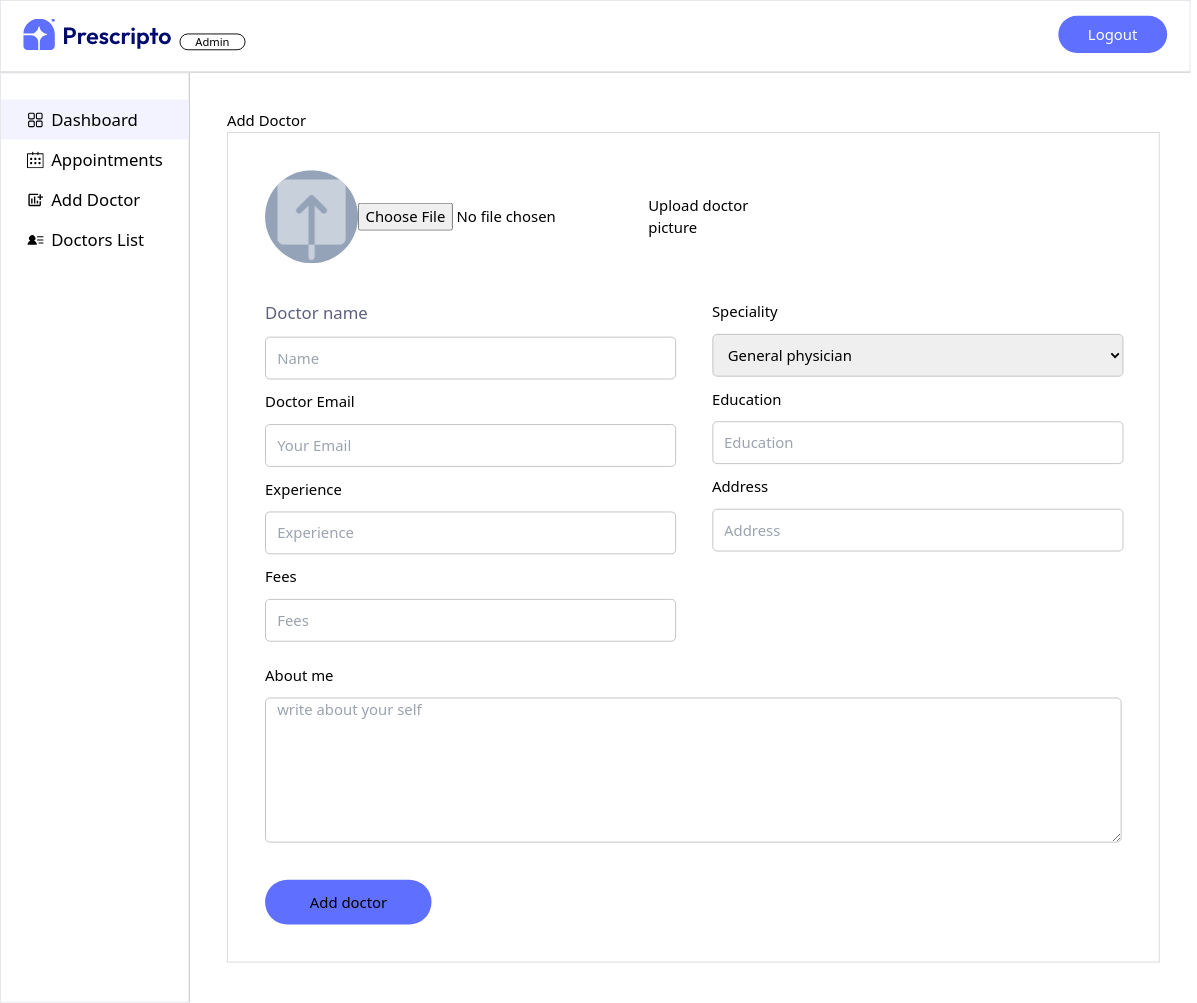
Repository: AzizHamdi99/Prescripto
Page: /addDoctor (app in AdminPanel/)
These files come from the project's save history. The page is drawn as it stood at one moment and after the next save; the edit follows.
The browser window is 1280 px wide. The page is 1287 px wide, so the pictures cover 1287 px, including what lies to the right of the window. The pictures show the whole page, at 93% of full size.
The project was rebuilt for these pictures with package versions that can differ from the ones it lists, and the page was loaded fresh each time. Also part of the build but not shown: AdminPanel/vite.config.js.

Above is the page before, as saved 2025-01-02 15:37:28.

### AdminPanel/src/main.jsx
import { StrictMode } from 'react'
import { createRoot } from 'react-dom/client'
import './index.css'
import App from './App.jsx'
import { BrowserRouter } from "react-router-dom";

createRoot(document.getElementById('root')).render(
  <BrowserRouter>
    <App />
  </BrowserRouter>,
)

### AdminPanel/src/App.jsx
import { useState } from 'react'
import{Route,Routes} from 'react-router-dom'

import './App.css'
import Navbar from './componants/Navbar'
import SideBar from './componants/SideBar'
import AddDoctor from './componants/AddDoctor'

function App() {


  return (
    <div>
      <Navbar/>
      <div className='flex'>
      <SideBar/>
      <Routes>
      <Route path='/addDoctor' element={<AddDoctor/>}/>
      </Routes>
      </div>
    </div>

  )
}

export default App

### AdminPanel/src/componants/Navbar.jsx
import React from 'react'
import { assets } from '../../../frontend/src/assets/assets_frontend/assets'

function Navbar() {
  return (
    <div className='flex items-center justify-between px-6 py-4 pb-5 border-b-[#BEBEBE] border-[1px]  '>
        <div className='flex items-center justify-center'>
        <img src={assets.logo} alt="" className=' w-40 mr-2'  />
         <p className=' px-4 border-black border 1 rounded-xl font-light text-xs relative top-2'>Admin</p>
                </div>
        <span className='py-2 px-8 rounded-3xl bg-[#5F6FFF] text-white'>Logout</span>



    </div>
  )
}

export default Navbar

### AdminPanel/src/componants/SideBar.jsx
import React from 'react'
import { assets } from '../../../frontend/src/assets/assets_frontend/assets'
import { RxDashboard } from "react-icons/rx";
import { SlCalender } from "react-icons/sl";
import { MdAddChart } from "react-icons/md";
import { PiUserListFill } from "react-icons/pi";
import { useNavigate } from 'react-router-dom';


function SideBar() {
  const navigate=useNavigate();
  return (
    <div className='flex flex-col py-7 w-72 text-[18px] border-r-[#BEBEBE] border-[1px] h-[1000px]'>
        <div className='flex items-center gap-2  px-7 py-2 bg-[#F2F3FF] cursor-pointer'>
        <RxDashboard />
        <p>Dashboard</p>
        </div>
        <div className='flex items-center gap-2 px-7 py-2  cursor-pointer' >
        <SlCalender />
        <p>Appointments</p>
        </div>
        <div onClick={()=>navigate("/addDoctor")} className='flex items-center gap-2 px-7 py-2  cursor-pointer'>
        <MdAddChart />
        <p>Add Doctor</p>
        </div>
        <div className='flex items-center gap-2 px-7 py-2  cursor-pointer'>
        <PiUserListFill />
        <p>Doctors List</p>
        </div>

    </div>
  )
}

export default SideBar

### AdminPanel/src/componants/AddDoctor.jsx
import React from 'react'
import { assets } from '../../../frontend/src/assets/assets_frontend/assets'
import { specialityData } from '../../../frontend/src/assets/assets_frontend/assets'

function AddDoctor() {
  return (
    <div className='p-10'>
        <p>Add Doctor</p>
        <form action="" className='border-[1px] border-[#D8D8D8] p-10'>
            <div className='flex items-center'>
                <img className='bg-slate-400 rounded-[50%]' src={assets.upload_icon} alt="" />
                <input type="file" name="image" id="" />
                <p>Upload doctor <br /> picture</p>

            </div>
            <div className='grid grid-cols-2 gap-10 mt-10'>
                <div className='flex flex-col gap-3'>

                            <label htmlFor="" className='text-[18px] text-[#5D607D] font-normal'>Doctor name</label>
                            <input type="text" placeholder='Name' className='w-[442px] h-[46px] rounded-[5px] border-[1.5px] border-[#C1C1C1] px-3' />


                            <label htmlFor="">Doctor Email</label>
                            <input type="email" placeholder='Your Email' className='w-[442px] h-[46px] rounded-[5px] border-[1.5px] border-[#C1C1C1] px-3' />



                            <label htmlFor=""> Experience</label>
                            <input type="number" placeholder='Experience'  className='w-[442px] h-[46px] rounded-[5px] border-[1.5px] border-[#C1C1C1] px-3'/>


                            <label htmlFor="">Fees</label>
                            <input type="number" placeholder='Fees' className='w-[442px] h-[46px] rounded-[5px] border-[1.5px] border-[#C1C1C1] px-3'/>

                </div>
                <div className='flex flex-col gap-3'>
                    <label htmlFor="">Speciality</label>
                    <select className='w-[442px] h-[46px] rounded-[5px] border-[1.5px] border-[#C1C1C1] px-3' name="" id="">
                        {specialityData.map((item,key)=>(
                            <option  value="">{item.speciality}</option>
                        ))}


                    </select>

                            <label htmlFor="">Education</label>
                            <input className='w-[442px] h-[46px] rounded-[5px] border-[1.5px] border-[#C1C1C1] px-3' type="text" placeholder='Education' />


                            <label htmlFor="">Address</label>
                            <input className='w-[442px] h-[46px] rounded-[5px] border-[1.5px] border-[#C1C1C1] px-3' type="number" placeholder='Address' />



                </div>
            </div>
            <div className='mt-6 flex flex-col gap-3'>

                         <label htmlFor="">About me </label>
                        <textarea className='w-[921px] h-[156px] rounded-[5px] border-[1.5px] border-[#C1C1C1] px-3' name="" id="" placeholder='write about your self'></textarea>

            </div>
            <button className='mt-10 bg-[#5F6FFF] px-12 py-3 rounded-[47px]'>Add doctor</button>







        </form>


    </div>
  )
}

export default AddDoctor

### frontend/src/assets/assets_frontend/assets.js
import appointment_img from './appointment_img.png'
import header_img from './header_img.png'
import group_profiles from './group_profiles.png'
import profile_pic from './profile_pic.png'
import contact_image from './contact_image.png'
import about_image from './about_image.png'
import logo from './logo.svg'
import dropdown_icon from './dropdown_icon.svg'
import dropup_icon from './arrow-drop-up.svg'
import menu_icon from './menu_icon.svg'
import cross_icon from './cross_icon.png'
import chats_icon from './chats_icon.svg'
import verified_icon from './verified_icon.svg'
import arrow_icon from './arrow_icon.svg'
import info_icon from './info_icon.svg'
import upload_icon from './upload_icon.png'
import stripe_logo from './stripe_logo.png'
import razorpay_logo from './razorpay_logo.png'
import doc1 from './doc1.png'
import doc2 from './doc2.png'
import doc3 from './doc3.png'
import doc4 from './doc4.png'
import doc5 from './doc5.png'
import doc6 from './doc6.png'
import doc7 from './doc7.png'
import doc8 from './doc8.png'
import doc9 from './doc9.png'
import doc10 from './doc10.png'
import doc11 from './doc11.png'
import doc12 from './doc12.png'
import doc13 from './doc13.png'
import doc14 from './doc14.png'
import doc15 from './doc15.png'
import Dermatologist from './Dermatologist.svg'
import Gastroenterologist from './Gastroenterologist.svg'
import General_physician from './General_physician.svg'
import Gynecologist from './Gynecologist.svg'
import Neurologist from './Neurologist.svg'
import Pediatricians from './Pediatricians.svg'


export const assets = {
    appointment_img,
    header_img,
    group_profiles,
    logo,
    chats_icon,
    verified_icon,
    info_icon,
    profile_pic,
    arrow_icon,
    contact_image,
    about_image,
    menu_icon,
    cross_icon,
    dropdown_icon,
    upload_icon,
    stripe_logo,
    razorpay_logo,
    dropup_icon
}

export const specialityData = [
    {
        speciality: 'General physician',
        image: General_physician
    },
    {
        speciality: 'Gynecologist',
        image: Gynecologist
    },
    {
        speciality: 'Dermatologist',
        image: Dermatologist
    },
    {
        speciality: 'Pediatricians',
        image: Pediatricians
    },
    {
        speciality: 'Neurologist',
        image: Neurologist
    },
    {
        speciality: 'Gastroenterologist',
        image: Gastroenterologist
    },
]

export const doctors = [
    {
        _id: 'doc1',
        name: 'Dr. Richard James',
        image: doc1,
        speciality: 'General physician',
        degree: 'MBBS',
        experience: '4 Years',
        about: 'Dr. Davis has a strong commitment to delivering comprehensive medical care, focusing on preventive medicine, early diagnosis, and effective treatment strategies. Dr. Davis has a strong commitment to delivering comprehensive medical care, focusing on preventive medicine, early diagnosis, and effective treatment strategies.',
        fees: 50,
        address: {
            line1: '17th Cross, Richmond',
            line2: 'Circle, Ring Road, London'
        }
    },
    {
        _id: 'doc2',
        name: 'Dr. Emily Larson',
        image: doc2,
        speciality: 'Gynecologist',
        degree: 'MBBS',
        experience: '3 Years',
        about: 'Dr. Davis has a strong commitment to delivering comprehensive medical care, focusing on preventive medicine, early diagnosis, and effective treatment strategies. Dr. Davis has a strong commitment to delivering comprehensive medical care, focusing on preventive medicine, early diagnosis, and effective treatment strategies.',
        fees: 60,
        address: {
            line1: '27th Cross, Richmond',
            line2: 'Circle, Ring Road, London'
        }
    },
    {
        _id: 'doc3',
        name: 'Dr. Sarah Patel',
        image: doc3,
        speciality: 'Dermatologist',
        degree: 'MBBS',
        experience: '1 Years',
        about: 'Dr. Davis has a strong commitment to delivering comprehensive medical care, focusing on preventive medicine, early diagnosis, and effective treatment strategies. Dr. Davis has a strong commitment to delivering comprehensive medical care, focusing on preventive medicine, early diagnosis, and effective treatment strategies.',
        fees: 30,
        address: {
            line1: '37th Cross, Richmond',
            line2: 'Circle, Ring Road, London'
        }
    },
    {
        _id: 'doc4',
        name: 'Dr. Christopher Lee',
        image: doc4,
        speciality: 'Pediatricians',
        degree: 'MBBS',
        experience: '2 Years',
        about: 'Dr. Davis has a strong commitment to delivering comprehensive medical care, focusing on preventive medicine, early diagnosis, and effective treatment strategies. Dr. Davis has a strong commitment to delivering comprehensive medical care, focusing on preventive medicine, early diagnosis, and effective treatment strategies.',
        fees: 40,
        address: {
            line1: '47th Cross, Richmond',
            line2: 'Circle, Ring Road, London'
        }
    },
    {
        _id: 'doc5',
        name: 'Dr. Jennifer Garcia',
        image: doc5,
        speciality: 'Neurologist',
        degree: 'MBBS',
        experience: '4 Years',
        about: 'Dr. Davis has a strong commitment to delivering comprehensive medical care, focusing on preventive medicine, early diagnosis, and effective treatment strategies. Dr. Davis has a strong commitment to delivering comprehensive medical care, focusing on preventive medicine, early diagnosis, and effective treatment strategies.',
        fees: 50,
        address: {
            line1: '57th Cross, Richmond',
            line2: 'Circle, Ring Road, London'
        }
    },
    {
        _id: 'doc6',
        name: 'Dr. Andrew Williams',
        image: doc6,
        speciality: 'Neurologist',
        degree: 'MBBS',
        experience: '4 Years',
        about: 'Dr. Davis has a strong commitment to delivering comprehensive medical care, focusing on preventive medicine, early diagnosis, and effective treatment strategies. Dr. Davis has a strong commitment to delivering comprehensive medical care, focusing on preventive medicine, early diagnosis, and effective treatment strategies.',
        fees: 50,
        address: {
            line1: '57th Cross, Richmond',
            line2: 'Circle, Ring Road, London'
        }
    },
    {
        _id: 'doc7',
        name: 'Dr. Christopher Davis',
        image: doc7,
        speciality: 'General physician',
        degree: 'MBBS',
        experience: '4 Years',
        about: 'Dr. Davis has a strong commitment to delivering comprehensive medical care, focusing on preventive medicine, early diagnosis, and effective treatment strategies. Dr. Davis has a strong commitment to delivering comprehensive medical care, focusing on preventive medicine, early diagnosis, and effective treatment strategies.',
        fees: 50,
        address: {
            line1: '17th Cross, Richmond',
            line2: 'Circle, Ring Road, London'
        }
    },
    {
        _id: 'doc8',
        name: 'Dr. Timothy White',
        image: doc8,
        speciality: 'Gynecologist',
        degree: 'MBBS',
        experience: '3 Years',
        about: 'Dr. Davis has a strong commitment to delivering comprehensive medical care, focusing on preventive medicine, early diagnosis, and effective treatment strategies. Dr. Davis has a strong commitment to delivering comprehensive medical care, focusing on preventive medicine, early diagnosis, and effective treatment strategies.',
        fees: 60,
        address: {
            line1: '27th Cross, Richmond',
            line2: 'Circle, Ring Road, London'
        }
    },
    {
        _id: 'doc9',
        name: 'Dr. Ava Mitchell',
        image: doc9,
        speciality: 'Dermatologist',
        degree: 'MBBS',
        experience: '1 Years',
        about: 'Dr. Davis has a strong commitment to delivering comprehensive medical care, focusing on preventive medicine, early diagnosis, and effective treatment strategies. Dr. Davis has a strong commitment to delivering comprehensive medical care, focusing on preventive medicine, early diagnosis, and effective treatment strategies.',
        fees: 30,
        address: {
            line1: '37th Cross, Richmond',
            line2: 'Circle, Ring Road, London'
        }
    },
    {
        _id: 'doc10',
        name: 'Dr. Jeffrey King',
        image: doc10,
        speciality: 'Pediatricians',
        degree: 'MBBS',
        experience: '2 Years',
        about: 'Dr. Davis has a strong commitment to delivering comprehensive medical care, focusing on preventive medicine, early diagnosis, and effective treatment strategies. Dr. Davis has a strong commitment to delivering comprehensive medical care, focusing on preventive medicine, early diagnosis, and effective treatment strategies.',
        fees: 40,
        address: {
            line1: '47th Cross, Richmond',
            line2: 'Circle, Ring Road, London'
        }
    },
    {
        _id: 'doc11',
        name: 'Dr. Zoe Kelly',
        image: doc11,
        speciality: 'Neurologist',
        degree: 'MBBS',
        experience: '4 Years',
        about: 'Dr. Davis has a strong commitment to delivering comprehensive medical care, focusing on preventive medicine, early diagnosis, and effective treatment strategies. Dr. Davis has a strong commitment to delivering comprehensive medical care, focusing on preventive medicine, early diagnosis, and effective treatment strategies.',
        fees: 50,
        address: {
            line1: '57th Cross, Richmond',
            line2: 'Circle, Ring Road, London'
        }
    },
    {
        _id: 'doc12',
        name: 'Dr. Patrick Harris',
        image: doc12,
        speciality: 'Neurologist',
        degree: 'MBBS',
        experience: '4 Years',
        about: 'Dr. Davis has a strong commitment to delivering comprehensive medical care, focusing on preventive medicine, early diagnosis, and effective treatment strategies. Dr. Davis has a strong commitment to delivering comprehensive medical care, focusing on preventive medicine, early diagnosis, and effective treatment strategies.',
        fees: 50,
        address: {
            line1: '57th Cross, Richmond',
            line2: 'Circle, Ring Road, London'
        }
    },
    {
        _id: 'doc13',
        name: 'Dr. Chloe Evans',
        image: doc13,
        speciality: 'General physician',
        degree: 'MBBS',
        experience: '4 Years',
        about: 'Dr. Davis has a strong commitment to delivering comprehensive medical care, focusing on preventive medicine, early diagnosis, and effective treatment strategies. Dr. Davis has a strong commitment to delivering comprehensive medical care, focusing on preventive medicine, early diagnosis, and effective treatment strategies.',
        fees: 50,
        address: {
            line1: '17th Cross, Richmond',
            line2: 'Circle, Ring Road, London'
        }
    },
    {
        _id: 'doc14',
        name: 'Dr. Ryan Martinez',
        image: doc14,
        speciality: 'Gynecologist',
        degree: 'MBBS',
        experience: '3 Years',
        about: 'Dr. Davis has a strong commitment to delivering comprehensive medical care, focusing on preventive medicine, early diagnosis, and effective treatment strategies. Dr. Davis has a strong commitment to delivering comprehensive medical care, focusing on preventive medicine, early diagnosis, and effective treatment strategies.',
        fees: 60,
        address: {
            line1: '27th Cross, Richmond',
            line2: 'Circle, Ring Road, London'
        }
    },
    {
        _id: 'doc15',
        name: 'Dr. Amelia Hill',
        image: doc15,
        speciality: 'Dermatologist',
        degree: 'MBBS',
        experience: '1 Years',
        about: 'Dr. Davis has a strong commitment to delivering comprehensive medical care, focusing on preventive medicine, early diagnosis, and effective treatment strategies. Dr. Davis has a strong commitment to delivering comprehensive medical care, focusing on preventive medicine, early diagnosis, and effective treatment strategies.',
        fees: 30,
        address: {
            line1: '37th Cross, Richmond',
            line2: 'Circle, Ring Road, London'
        }
    },
]

Loaded but not shown: AdminPanel/index.html (common file); AdminPanel/src/index.css (common file); AdminPanel/tailwind.config.js (common file); AdminPanel/src/App.css (no stored copy; drawn as an empty file)

After the next save:
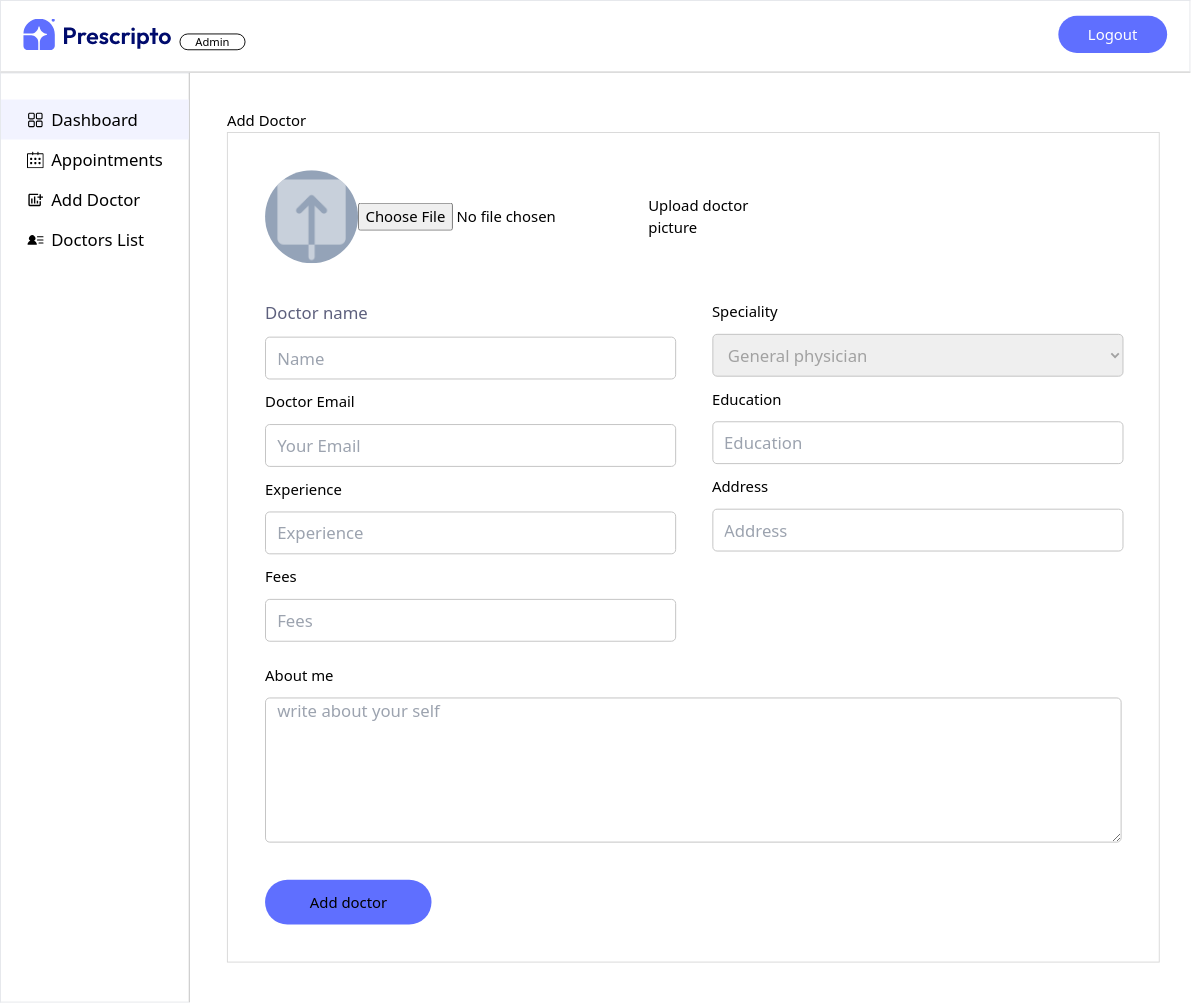
Saved 97 s later.
--- a/AdminPanel/src/componants/AddDoctor.jsx
+++ b/AdminPanel/src/componants/AddDoctor.jsx
@@ -17,25 +17,25 @@
                 <div className='flex flex-col gap-3'>
 
                             <label htmlFor="" className='text-[18px] text-[#5D607D] font-normal'>Doctor name</label>
-                            <input type="text" placeholder='Name' className='w-[442px] h-[46px] rounded-[5px] border-[1.5px] border-[#C1C1C1] px-3' />
+                            <input type="text" placeholder='Name' className=' text-[#A2A2A2] text-[18px] w-[442px] h-[46px] rounded-[5px] border-[1.5px] border-[#C1C1C1] px-3' />
 
 
                             <label htmlFor="">Doctor Email</label>
-                            <input type="email" placeholder='Your Email' className='w-[442px] h-[46px] rounded-[5px] border-[1.5px] border-[#C1C1C1] px-3' />
+                            <input type="email" placeholder='Your Email' className=' text-[#A2A2A2] text-[18px] w-[442px] h-[46px] rounded-[5px] border-[1.5px] border-[#C1C1C1] px-3' />
 
 
 
                             <label htmlFor=""> Experience</label>
-                            <input type="number" placeholder='Experience'  className='w-[442px] h-[46px] rounded-[5px] border-[1.5px] border-[#C1C1C1] px-3'/>
+                            <input type="number" placeholder='Experience'  className='text-[#A2A2A2] text-[18px] w-[442px] h-[46px] rounded-[5px] border-[1.5px] border-[#C1C1C1] px-3'/>
 
 
                             <label htmlFor="">Fees</label>
-                            <input type="number" placeholder='Fees' className='w-[442px] h-[46px] rounded-[5px] border-[1.5px] border-[#C1C1C1] px-3'/>
+                            <input type="number" placeholder='Fees' className='text-[#A2A2A2] text-[18px] w-[442px] h-[46px] rounded-[5px] border-[1.5px] border-[#C1C1C1] px-3'/>
 
                 </div>
                 <div className='flex flex-col gap-3'>
                     <label htmlFor="">Speciality</label>
-                    <select className='w-[442px] h-[46px] rounded-[5px] border-[1.5px] border-[#C1C1C1] px-3' name="" id="">
+                    <select className='text-[#A2A2A2] text-[18px] w-[442px] h-[46px] rounded-[5px] border-[1.5px] border-[#C1C1C1] px-3' name="" id="">
                         {specialityData.map((item,key)=>(
                             <option  value="">{item.speciality}</option>
                         ))}
@@ -44,11 +44,11 @@
                     </select>
 
                             <label htmlFor="">Education</label>
-                            <input className='w-[442px] h-[46px] rounded-[5px] border-[1.5px] border-[#C1C1C1] px-3' type="text" placeholder='Education' />
+                            <input className='text-[#A2A2A2] text-[18px] w-[442px] h-[46px] rounded-[5px] border-[1.5px] border-[#C1C1C1] px-3' type="text" placeholder='Education' />
 
 
                             <label htmlFor="">Address</label>
-                            <input className='w-[442px] h-[46px] rounded-[5px] border-[1.5px] border-[#C1C1C1] px-3' type="number" placeholder='Address' />
+                            <input className='text-[#A2A2A2] text-[18px] w-[442px] h-[46px] rounded-[5px] border-[1.5px] border-[#C1C1C1] px-3' type="number" placeholder='Address' />
 
 
 
@@ -57,7 +57,7 @@
             <div className='mt-6 flex flex-col gap-3'>
 
                          <label htmlFor="">About me </label>
-                        <textarea className='w-[921px] h-[156px] rounded-[5px] border-[1.5px] border-[#C1C1C1] px-3' name="" id="" placeholder='write about your self'></textarea>
+                        <textarea className='text-[#A2A2A2] text-[18px] w-[921px] h-[156px] rounded-[5px] border-[1.5px] border-[#C1C1C1] px-3' name="" id="" placeholder='write about your self'></textarea>
 
             </div>
             <button className='mt-10 bg-[#5F6FFF] px-12 py-3 rounded-[47px]'>Add doctor</button>
